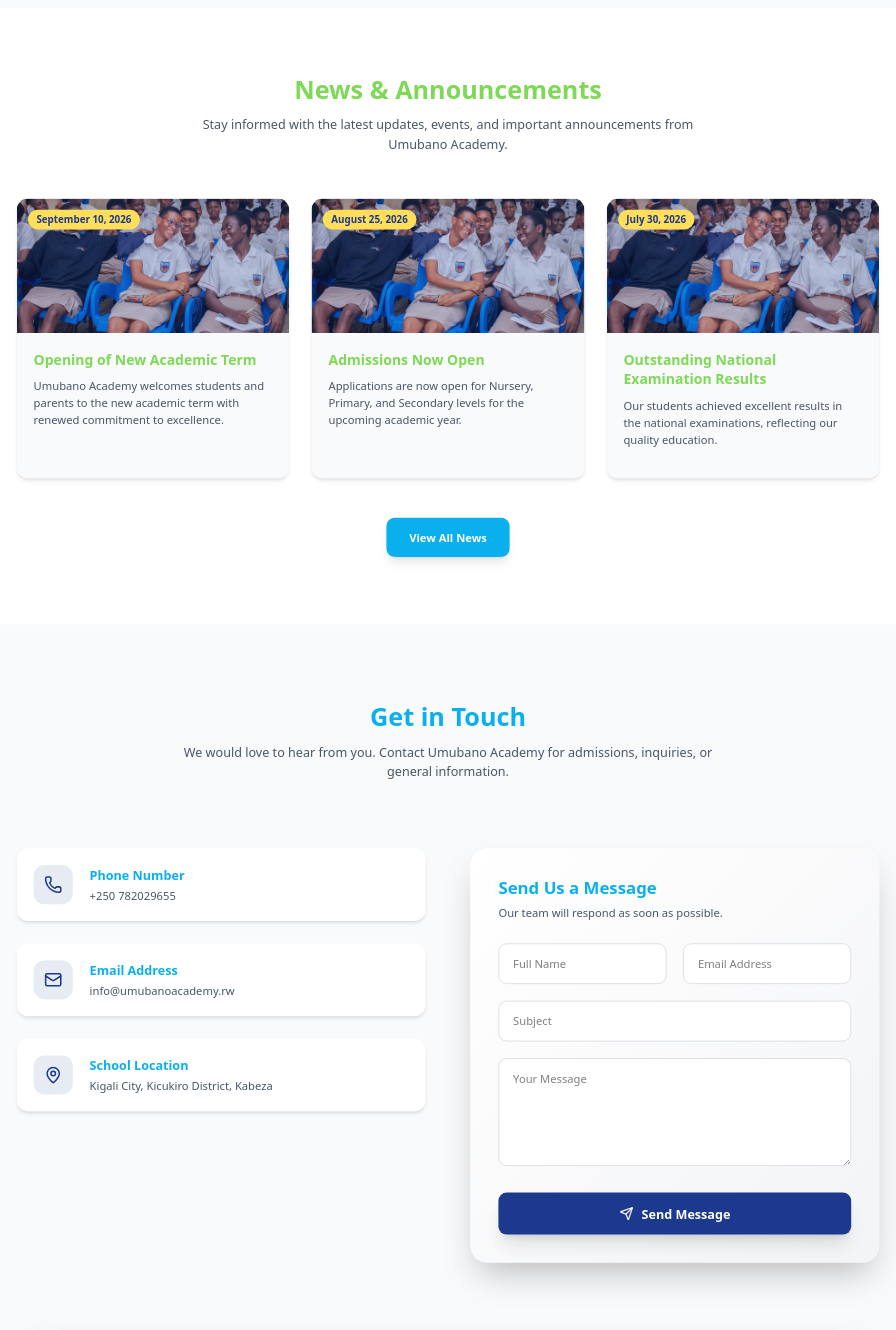
Repository: Umubano-Academy/umubano-academy-website
Page: /
These files come from the project's save history. The page is drawn as it stood at one moment and after the next save; the edit follows.
The browser window is 1280 px wide. The pictures show the part of the page from y = 1944 to 3844 px (the page is 4911 px tall), at 70% of full size.
Pictures or frames that could not be fetched are drawn as grey boxes. The project was rebuilt for these pictures with package versions that can differ from the ones it lists, and the page was loaded fresh each time. Also part of the build but not shown: vite.config.js, src/components/guest/Admission.jsx, src/components/guest/Academic.jsx, src/components/guest/About.jsx, src/components/admin/sidebar/data/menuData.js, src/components/admin/sidebar/SideBar.jsx, src/components/admin/Header/Header.jsx, src/components/admin/LayOut.jsx and 3 more.

Above is the page before, as saved 2026-01-13 19:08:24.

### index.html
<!doctype html>
<html lang="en">
  <head>
    <meta charset="UTF-8" />
    <!-- <link rel="icon" type="image/svg+xml" href="/vite.svg" /> -->
    <meta name="viewport" content="width=device-width, initial-scale=1.0" />
    <title>umubano-academy</title>
  </head>
  <body>
    <div id="root"></div>
    <script type="module" src="/src/main.jsx"></script>
  </body>
</html>

### src/App.jsx
import React from 'react'
import { BrowserRouter, Route, Routes } from 'react-router-dom'
import NavBar from './components/guest/NavBar'
import Hero from './components/guest/Hero'
import Event from './components/guest/Event'
import News from './components/guest/News'
import Layout from './components/guest/Layout'
import Home from './components/guest/Home'
import Admission from './components/guest/Admission'
import Academic from './components/guest/Academic'
import About from './components/guest/About'
import LayOut from './components/admin/LayOut'
import Dashboard from './components/admin/pages/Dashboard'
import Login from './components/guest/forms/Login'
import ResetPassword from './components/guest/forms/ResetPassword'


function App() {
  return (
    <BrowserRouter>

    <Routes>
      <Route path='/' element={<Layout />}>
      <Route index element={<Home />} />
      <Route path='/admission' element={<Admission />} />
      <Route path='/academic' element={<Academic />} />
      <Route path='/aboutus' element={<About />} />
      <Route path='/login' element={<Login />} />
      <Route path="/password-reset" element={<ResetPassword />} />
      </Route>

      <Route path='/admin' element={<LayOut />}>
      <Route index element={<Dashboard />} />
      </Route>
    </Routes>
    </BrowserRouter>

  )
}

export default App

### src/components/guest/Hero.jsx
import React from "react"
import { motion } from "framer-motion"
import heroImage from "../../assets/umubano.jpg"

function Hero() {
  return (
    <section
      className="relative h-screen flex items-center"
      style={{
        backgroundImage: `url(${heroImage})`,
        backgroundSize: "cover",
        backgroundPosition: "center",
      }}
    >
      {/* Overlay */}
      <div className="absolute inset-0 bg-gradient-to-r from-blue-900/90 via-blue-900/70 to-transparent"></div>

      {/* Content */}
      <div className="relative z-10 max-w-7xl mx-auto px-6">
        <motion.div
          initial={{ opacity: 0, y: 40 }}
          animate={{ opacity: 1, y: 0 }}
          transition={{ duration: 0.8 }}
          className="max-w-2xl text-white"
        >
          <span className="inline-block mb-4 px-4 py-2 bg-white/10 backdrop-blur rounded-full text-sm font-medium">
            Welcome to Umubano Academy
          </span>

          <h1 className="text-4xl md:text-6xl font-bold leading-tight mb-6">
            Shaping Future Leaders Through{" "}
            <span className="text-[#FFDE59]">Excellence in Education</span>
          </h1>

          <p className="text-lg md:text-xl text-gray-200 mb-10">
            Umubano Academy is committed to nurturing disciplined, innovative,
            and confident learners through quality education, strong values,
            and a supportive learning environment.
          </p>

          <div className="flex flex-col sm:flex-row gap-4">
            <a
              href="/admission"
              className="bg-[#7ED956] text-blue-900 px-8 py-4 rounded-xl font-semibold text-lg hover:bg-[#FFDE59] transition shadow-lg"
            >
              Admission&Requirement
            </a>

            <a
              href="/academic"
              className="border border-white/40 px-8 py-4 rounded-xl font-semibold text-lg text-black bg-[#D9D9D9] hover:bg-[#0AB0EE] hover:text-blue-900 transition"
            >
              Explore Academics
            </a>
          </div>
        </motion.div>
      </div>
    </section>
  )
}

export default Hero

### src/components/guest/Event.jsx
import React from "react"
import { motion } from "framer-motion"
import heroImage from "../../assets/umubano.jpg"

function Event() {
  const items = [
    {
      title: "Academic Excellence Awards",
      description:
        "Celebrating outstanding academic performance and dedication to learning.",
      image: heroImage,
    },
    {
      title: "Cultural & Talent Day",
      description:
        "Showcasing creativity, culture, and talent among our students.",
      image: heroImage,
    },
    {
      title: "Sports & Physical Activities",
      description:
        "Encouraging teamwork, discipline, and physical well-being.",
      image: heroImage,
    },
    {
      title: "Community Engagement",
      description:
        "Students participating in community service and social responsibility.",
      image: heroImage,
    },
    {
      title: "Science & Innovation Fair",
      description:
        "Promoting innovation, critical thinking, and creativity.",
      image: heroImage,
    },
    {
      title: "Graduation Ceremony",
      description:
        "Honoring our students’ academic journey and achievements.",
      image: heroImage,
    },
  ]

  return (
    <section className="py-24 bg-gray-50">
      <div className="max-w-7xl mx-auto px-6">

        {/* Section Header */}
        <motion.div
          initial={{ opacity: 0, y: 30 }}
          whileInView={{ opacity: 1, y: 0 }}
          viewport={{ once: true }}
          transition={{ duration: 0.6 }}
          className="text-center max-w-3xl mx-auto mb-16"
        >
          <h2 className="text-3xl md:text-4xl font-bold text-[#7ED956] mb-4">
            School Events & Gallery
          </h2>
          <p className="text-gray-600 text-lg">
            Explore moments from Umubano Academy’s academic, cultural, and
            extracurricular activities that shape well-rounded learners.
          </p>
        </motion.div>

        {/* Cards Grid */}
        <motion.div
          initial="hidden"
          whileInView="visible"
          viewport={{ once: true }}
          variants={{
            visible: {
              transition: {
                staggerChildren: 0.15,
              },
            },
          }}
          className="grid grid-cols-1 sm:grid-cols-2 lg:grid-cols-3 gap-8"
        >
          {items.map((item, index) => (
            <motion.div
              key={index}
              variants={{
                hidden: { opacity: 0, y: 40 },
                visible: { opacity: 1, y: 0 },
              }}
              transition={{ duration: 0.6 }}
              className="group bg-white rounded-2xl shadow-lg overflow-hidden hover:-translate-y-2 transition"
            >
              {/* Image */}
              <div className="relative h-56 overflow-hidden">
                <img
                  src={item.image}
                  alt={item.title}
                  className="w-full h-full object-cover group-hover:scale-110 transition duration-500"
                />
                <div className="absolute inset-0 bg-blue-900/30 group-hover:bg-blue-900/50 transition"></div>
              </div>

              {/* Content */}
              <div className="p-6">
                <h3 className="text-xl font-semibold text-[#7ED956] mb-2">
                  {item.title}
                </h3>
                <p className="text-gray-600">
                  {item.description}
                </p>
              </div>
            </motion.div>
          ))}
        </motion.div>
      </div>
    </section>
  )
}

export default Event

### src/components/guest/News.jsx
import React from "react"
import { motion } from "framer-motion"
import heroImage from "../../assets/umubano.jpg"

function News() {
  const newsList = [
    {
      title: "Opening of New Academic Term",
      date: "September 10, 2026",
      description:
        "Umubano Academy welcomes students and parents to the new academic term with renewed commitment to excellence.",
      image: heroImage,
    },
    {
      title: "Admissions Now Open",
      date: "August 25, 2026",
      description:
        "Applications are now open for Nursery, Primary, and Secondary levels for the upcoming academic year.",
      image: heroImage,
    },
    {
      title: "Outstanding National Examination Results",
      date: "July 30, 2026",
      description:
        "Our students achieved excellent results in the national examinations, reflecting our quality education.",
      image: heroImage,
    },
  ]

  return (
    <section className="py-24 bg-white">
      <div className="max-w-7xl mx-auto px-6">

        {/* Section Header */}
        <motion.div
          initial={{ opacity: 0, y: 30 }}
          whileInView={{ opacity: 1, y: 0 }}
          viewport={{ once: true }}
          transition={{ duration: 0.6 }}
          className="text-center max-w-3xl mx-auto mb-16"
        >
          <h2 className="text-3xl md:text-4xl font-bold text-[#7ED956] mb-4">
            News & Announcements
          </h2>
          <p className="text-gray-600 text-lg">
            Stay informed with the latest updates, events, and important
            announcements from Umubano Academy.
          </p>
        </motion.div>

        {/* News Grid */}
        <motion.div
          initial="hidden"
          whileInView="visible"
          viewport={{ once: true }}
          variants={{
            visible: {
              transition: { staggerChildren: 0.15 },
            },
          }}
          className="grid grid-cols-1 md:grid-cols-2 lg:grid-cols-3 gap-8"
        >
          {newsList.map((news, index) => (
            <motion.article
              key={index}
              variants={{
                hidden: { opacity: 0, y: 40 },
                visible: { opacity: 1, y: 0 },
              }}
              transition={{ duration: 0.6 }}
              className="bg-gray-50 rounded-2xl shadow-md hover:shadow-xl transition overflow-hidden group"
            >
              {/* Image */}
              <div className="relative h-48 overflow-hidden">
                <img
                  src={news.image}
                  alt={news.title}
                  className="w-full h-full object-cover group-hover:scale-110 transition duration-500"
                />
                <div className="absolute inset-0 bg-blue-900/30"></div>

                {/* Date Badge */}
                <span className="absolute top-4 left-4 bg-[#FFDE59] text-blue-900 px-3 py-1 rounded-full text-sm font-semibold">
                  {news.date}
                </span>
              </div>

              {/* Content */}
              <div className="p-6">
                <h3 className="text-xl font-semibold text-[#7ED956] mb-3">
                  {news.title}
                </h3>
                <p className="text-gray-600 mb-5">
                  {news.description}
                </p>


              </div>
            </motion.article>
          ))}
        </motion.div>

        {/* View All */}
        <div className="text-center mt-14">
          <a
            href="/news"
            className="inline-block bg-[#0AB0EE] text-white px-8 py-4 rounded-xl font-semibold hover:bg-[#7ED956] transition shadow-lg"
          >
            View All News
          </a>
        </div>

      </div>
    </section>
  )
}

export default News

### src/components/guest/Layout.jsx
import React from 'react'
import NavBar from './NavBar'
import { Outlet } from 'react-router-dom'
import Footer from './Footer'


function Layout() {
  return (
    <div>
      <NavBar />

      <div>
        <Outlet />
      </div>
      <div>
        <Footer />
      </div>
    </div>
  )
}

export default Layout

### src/components/guest/Home.jsx
import React from 'react'
import NavBar from './NavBar'
import Hero from './Hero'
import Event from './Event'
import News from './News'
import Contact from './Contact'

function Home() {
  return (
    <div>
      <Hero />
      <Event />
      <News />
      <Contact />

    </div>
  )
}

export default Home

### src/components/guest/Footer.jsx
import React from "react"
import {
  Phone,
  Mail,
  MapPin,
  Facebook,
  Twitter,
  Instagram,
  GraduationCap,
} from "lucide-react"
import logo from "../../assets/UALOGO.png"

function Footer() {
  return (
    <footer className="bg-[#0AB0EE] text-white">
      <div className="max-w-7xl mx-auto px-6 py-20">

        {/* Top Section */}
        <div className="grid grid-cols-1 md:grid-cols-2 lg:grid-cols-4 gap-12">

          {/* School Info */}
          <div>
            <div className="flex items-center gap-3 mb-6">
              <img src={logo} alt="Umubano Academy Logo" className="w-16 h-16 object-contain" />
              <h3 className="text-xl font-bold text-white">
                Umubano Academy
              </h3>
            </div>
            <p className="text-white leading-relaxed">
              Umubano Academy is dedicated to providing quality education,
              strong values, and a nurturing environment that shapes future
              leaders.
            </p>
          </div>

          {/* Quick Links */}
          <div>
            <h4 className="text-lg font-semibold text-white mb-6">
              Quick Links
            </h4>
            <ul className="space-y-4">
              {[
                "Home",
                "About Us",
                "Academics",
                "Admissions",
                "News",
                "Contact",
              ].map((link) => (
                <li key={link}>
                  <a
                    href={`/${link.toLowerCase().replace(" ", "")}`}
                    className="hover:text-yellow-400 transition"
                  >
                    {link}
                  </a>
                </li>
              ))}
            </ul>
          </div>

          {/* Contact Info */}
          <div>
            <h4 className="text-lg font-semibold text-white mb-6">
              Contact Us
            </h4>
            <ul className="space-y-4">
              <li className="flex items-start gap-3">
                <Phone size={18} className="text-yellow-400 mt-1" />
                <span>+250 782029655</span>
              </li>
              <li className="flex items-start gap-3">
                <Mail size={18} className="text-yellow-400 mt-1" />
                <span>info@umubanoacademy.rw</span>
              </li>
              <li className="flex items-start gap-3">
                <MapPin size={18} className="text-yellow-400 mt-1" />
                <span>
                  Kigali City, Kicukiro District, Kabeza
                </span>
              </li>
            </ul>
          </div>

          {/* Motto & Social */}
          <div>
            <h4 className="text-lg font-semibold text-white mb-6">
              Our Motto
            </h4>
            <p className="italic mb-6">
              “Knowledge, Discipline & Excellence”
            </p>

            <div className="flex gap-4">
              <a
                href="#"
                className="w-10 h-10 bg-white/10 flex items-center justify-center rounded-full hover:bg-yellow-400 hover:text-blue-900 transition"
              >
                <Facebook size={18} />
              </a>
              <a
                href="#"
                className="w-10 h-10 bg-white/10 flex items-center justify-center rounded-full hover:bg-yellow-400 hover:text-blue-900 transition"
              >
                <Twitter size={18} />
              </a>
              <a
                href="#"
                className="w-10 h-10 bg-white/10 flex items-center justify-center rounded-full hover:bg-yellow-400 hover:text-blue-900 transition"
              >
                <Instagram size={18} />
              </a>
            </div>
          </div>

        </div>
      </div>

      {/* Bottom Bar */}
      <div className="border-t border-white/10 py-6 text-center text-sm text-white">
        © {new Date().getFullYear()} Umubano Academy. All rights reserved.
      </div>
    </footer>
  )
}

export default Footer

### src/components/guest/Contact.jsx
import React from "react"
import { motion } from "framer-motion"
import { Phone, Mail, MapPin, Send } from "lucide-react"

function Contact() {
  return (
    <section className="py-28 bg-gray-50">
      <div className="max-w-7xl mx-auto px-6">

        {/* Header */}
        <motion.div
          initial={{ opacity: 0, y: 30 }}
          whileInView={{ opacity: 1, y: 0 }}
          viewport={{ once: true }}
          transition={{ duration: 0.6 }}
          className="text-center max-w-3xl mx-auto mb-24"
        >
          <h2 className="text-4xl font-bold text-[#0AB0EE] mb-4">
            Get in Touch
          </h2>
          <p className="text-gray-600 text-lg">
            We would love to hear from you. Contact Umubano Academy for
            admissions, inquiries, or general information.
          </p>
        </motion.div>

        {/* Content */}
        <div className="grid grid-cols-1 lg:grid-cols-2 gap-16 mb-24">

          {/* Contact Info List */}
          <motion.div
            initial={{ opacity: 0, x: -40 }}
            whileInView={{ opacity: 1, x: 0 }}
            viewport={{ once: true }}
            transition={{ duration: 0.6 }}
            className="space-y-8"
          >
            {/* Phone */}
            <div className="flex items-start gap-6 bg-white p-6 rounded-2xl shadow-md hover:shadow-xl transition">
              <div className="w-14 h-14 bg-blue-900/10 text-blue-900 flex items-center justify-center rounded-2xl">
                <Phone size={26} />
              </div>
              <div>
                <h4 className="text-lg font-semibold text-[#0AB0EE]">
                  Phone Number
                </h4>
                <p className="text-gray-600 mt-1">+250 782029655</p>
              </div>
            </div>

            {/* Email */}
            <div className="flex items-start gap-6 bg-white p-6 rounded-2xl shadow-md hover:shadow-xl transition">
              <div className="w-14 h-14 bg-blue-900/10 text-blue-900 flex items-center justify-center rounded-2xl">
                <Mail size={26} />
              </div>
              <div>
                <h4 className="text-lg font-semibold text-[#0AB0EE]">
                  Email Address
                </h4>
                <p className="text-gray-600 mt-1">
                  info@umubanoacademy.rw
                </p>
              </div>
            </div>

            {/* Location */}
            <div className="flex items-start gap-6 bg-white p-6 rounded-2xl shadow-md hover:shadow-xl transition">
              <div className="w-14 h-14 bg-blue-900/10 text-blue-900 flex items-center justify-center rounded-2xl">
                <MapPin size={26} />
              </div>
              <div>
                <h4 className="text-lg font-semibold text-[#0AB0EE]">
                  School Location
                </h4>
                <p className="text-gray-600 mt-1">
                  Kigali City, Kicukiro District, Kabeza
                </p>
              </div>
            </div>
          </motion.div>

          {/* Premium Contact Form */}
          <motion.form
            initial={{ opacity: 0, x: 40 }}
            whileInView={{ opacity: 1, x: 0 }}
            viewport={{ once: true }}
            transition={{ duration: 0.6 }}
            className="relative bg-gradient-to-br from-white to-gray-100 rounded-3xl shadow-2xl p-10"
          >
            <h3 className="text-2xl font-bold text-[#0AB0EE] mb-2">
              Send Us a Message
            </h3>
            <p className="text-gray-600 mb-8">
              Our team will respond as soon as possible.
            </p>

            <div className="grid grid-cols-1 md:grid-cols-2 gap-6 mb-6">
              <input
                type="text"
                placeholder="Full Name"
                className="w-full bg-white border border-gray-300 rounded-xl px-5 py-4 focus:outline-none focus:ring-2 focus:ring-blue-900"
              />
              <input
                type="email"
                placeholder="Email Address"
                className="w-full bg-white border border-gray-300 rounded-xl px-5 py-4 focus:outline-none focus:ring-2 focus:ring-blue-900"
              />
            </div>

            <input
              type="text"
              placeholder="Subject"
              className="w-full bg-white border border-gray-300 rounded-xl px-5 py-4 mb-6 focus:outline-none focus:ring-2 focus:ring-blue-900"
            />

            <textarea
              rows="5"
              placeholder="Your Message"
              className="w-full bg-white border border-gray-300 rounded-xl px-5 py-4 mb-8 focus:outline-none focus:ring-2 focus:ring-blue-900"
            ></textarea>

            <button
              type="submit"
              className="flex items-center justify-center gap-3 w-full bg-blue-900 text-white py-4 rounded-xl font-semibold text-lg hover:bg-blue-800 transition shadow-xl"
            >
              <Send size={20} />
              Send Message
            </button>
          </motion.form>
        </div>

        {/* Map */}
        <motion.div
          initial={{ opacity: 0, y: 40 }}
          whileInView={{ opacity: 1, y: 0 }}
          viewport={{ once: true }}
          transition={{ duration: 0.6 }}
          className="rounded-3xl overflow-hidden shadow-2xl"
        >
          <iframe
            title="Umubano Academy Location"
            src="https://www.google.com/maps?q=Kabeza,Kicukiro,Kigali,Rwanda&output=embed"
            width="100%"
            height="450"
            loading="lazy"
            className="border-0"
            allowFullScreen
          ></iframe>
        </motion.div>

      </div>
    </section>
  )
}

export default Contact

Loaded but not shown: src/main.jsx (common file); src/index.css (common file); src/components/guest/NavBar.jsx (127 lines, source omitted)

After the next save:
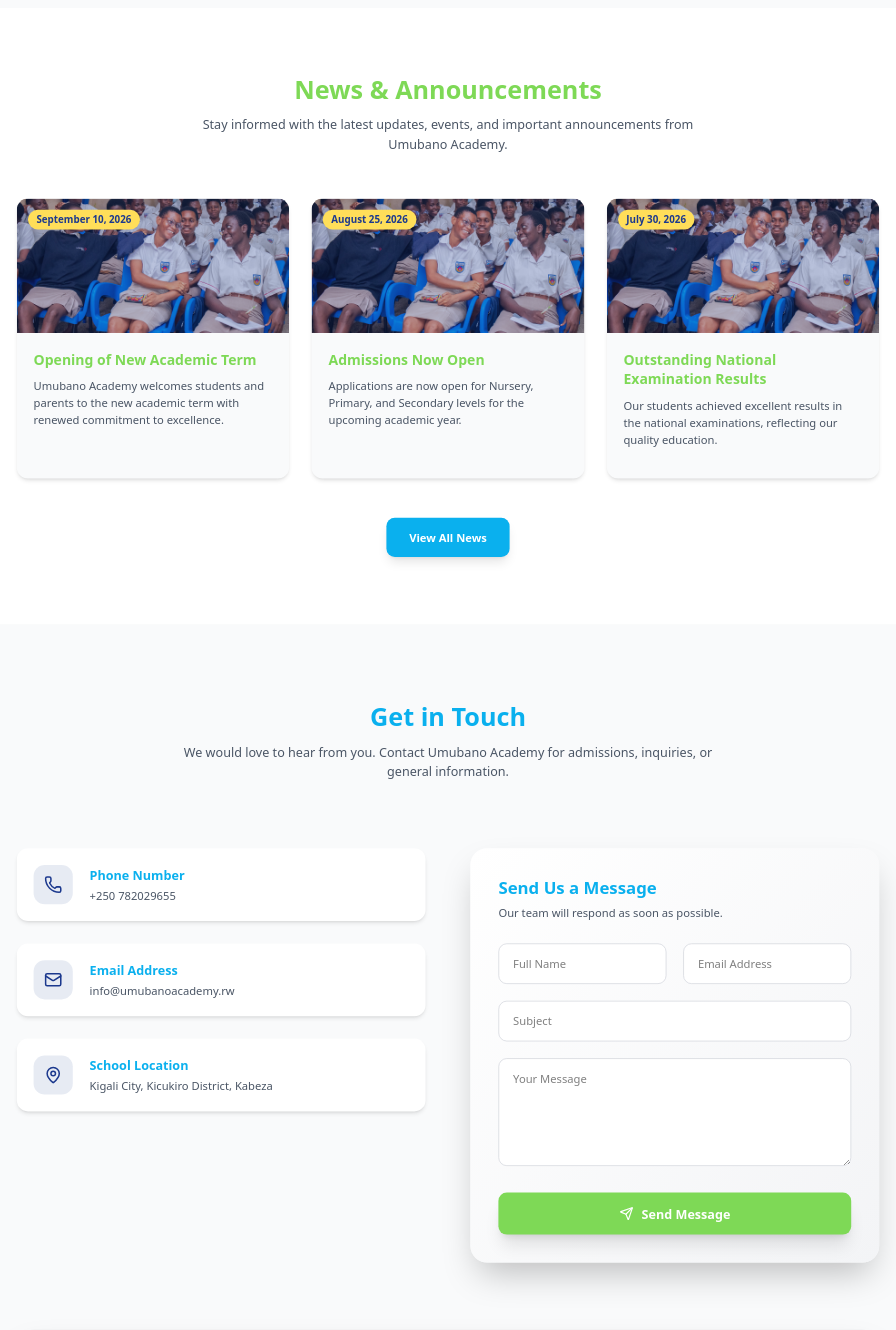
Saved 29 s later.
--- a/src/components/guest/Contact.jsx
+++ b/src/components/guest/Contact.jsx
@@ -121,7 +121,7 @@ function Contact() {
 
             <button
               type="submit"
-              className="flex items-center justify-center gap-3 w-full bg-blue-900 text-white py-4 rounded-xl font-semibold text-lg hover:bg-blue-800 transition shadow-xl"
+              className="flex items-center justify-center gap-3 w-full bg-[#7ED956] text-white py-4 rounded-xl font-semibold text-lg hover:bg-blue-800 transition shadow-xl"
             >
               <Send size={20} />
               Send Message
